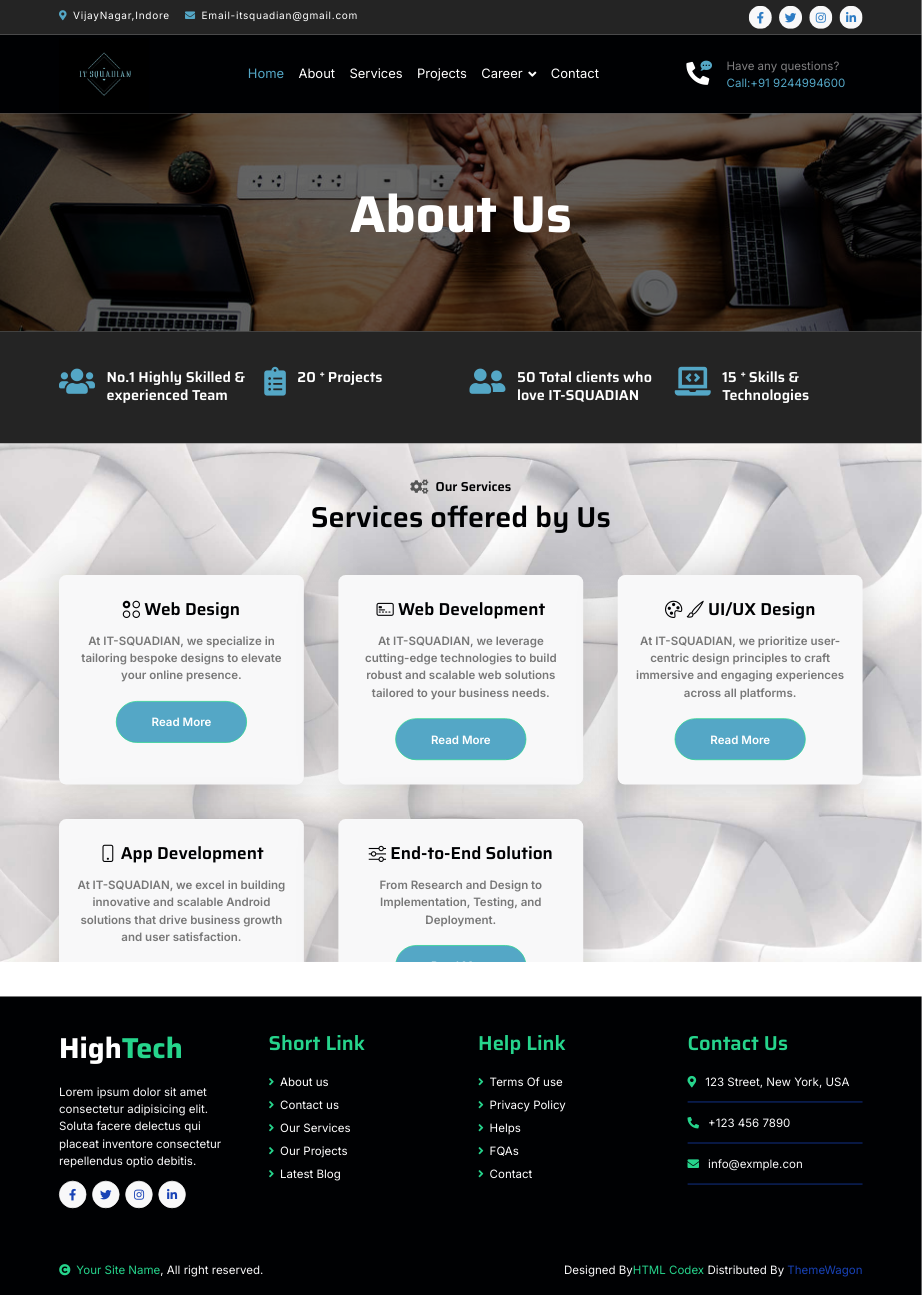
Repository: itsquadian/IT-SQUADIAN
Page: service.html
The author's editor kept a copy of each file at every save. The page is drawn from the files as they stood at one save, then again after the next save.
The browser window is 1280 px wide. The pictures show the whole page, at 72% of full size.
An inner scrolling area shows only its first screen. Backgrounds fixed to the window are drawn as part of the page. Some web libraries are served in a nearby version.

Above is the page before, as saved 2024-04-13 18:39:44.

After the next save:
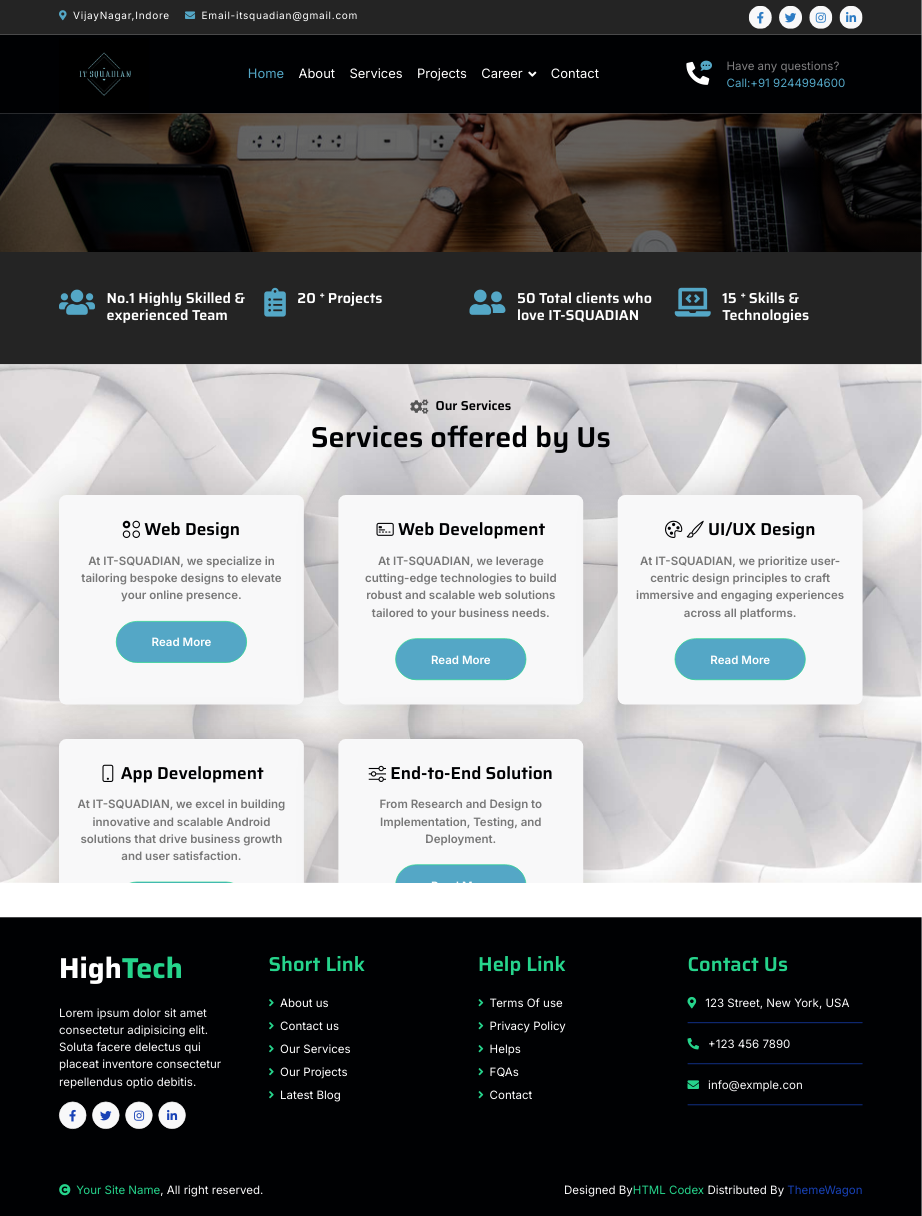
Saved 32 s later.
--- a/service.html
+++ b/service.html
@@ -116,7 +116,7 @@
 <!-- Page Header Start -->
 <div class="container-fluid page-header py-5">
     <div class="container text-center py-5">
-        <h1 class="display-2 text-white mb-4 animated slideInDown">About Us</h1>
+</h1>
         <nav aria-label="breadcrumb animated slideInDown">
             <!-- <ol class="breadcrumb justify-content-center mb-0">
                 <li class="breadcrumb-item"><a href="#">Home</a></li>

After the 2 saves that followed:
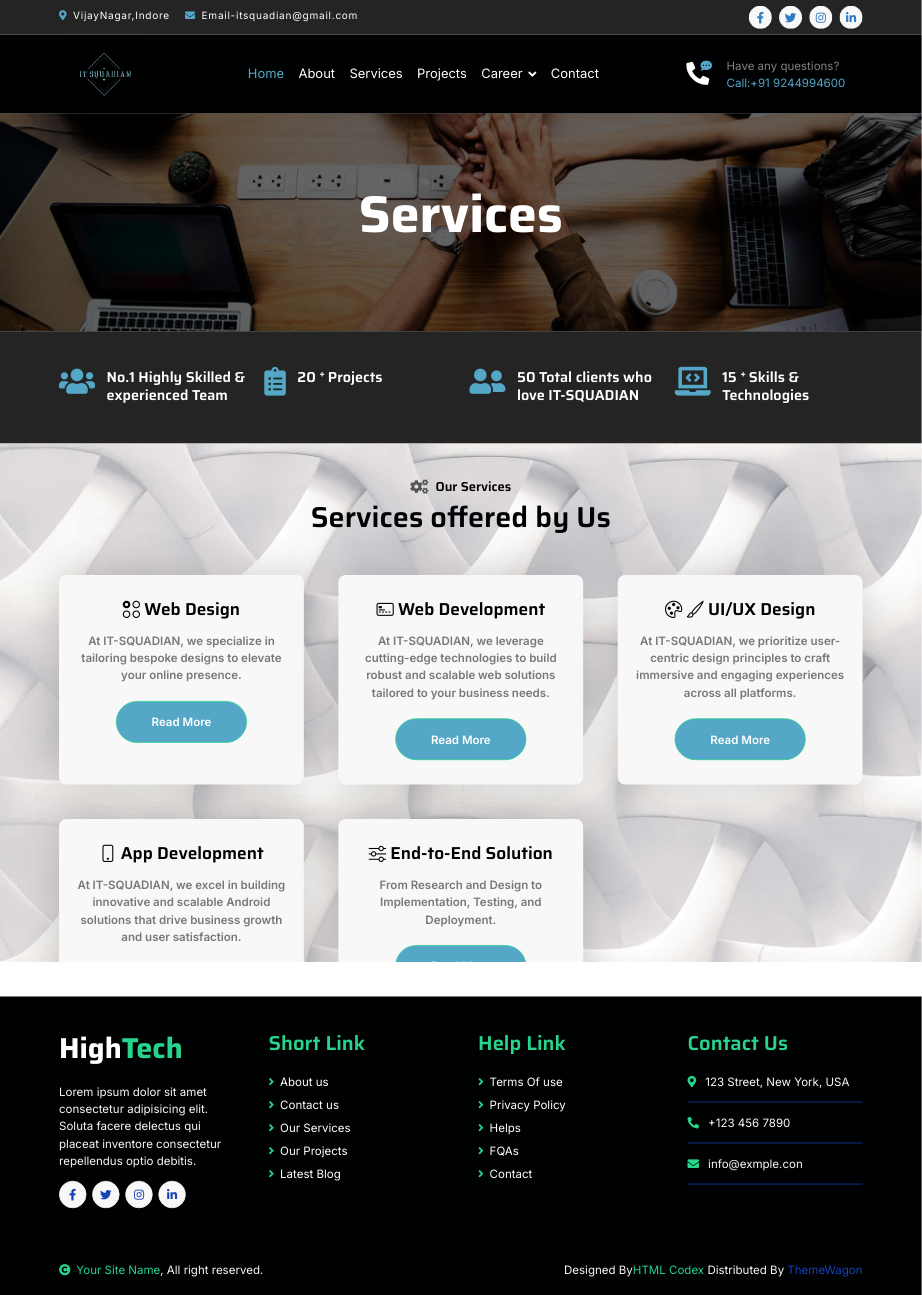
The 2 saves are shown as one change because they came seconds apart.
The last was saved 5 s later.
--- a/service.html
+++ b/service.html
@@ -116,7 +116,7 @@
 <!-- Page Header Start -->
 <div class="container-fluid page-header py-5">
     <div class="container text-center py-5">
-</h1>
+        <h1 class="display-2 text-white mb-4 animated slideInDown">Services</h1>
         <nav aria-label="breadcrumb animated slideInDown">
             <!-- <ol class="breadcrumb justify-content-center mb-0">
                 <li class="breadcrumb-item"><a href="#">Home</a></li>
